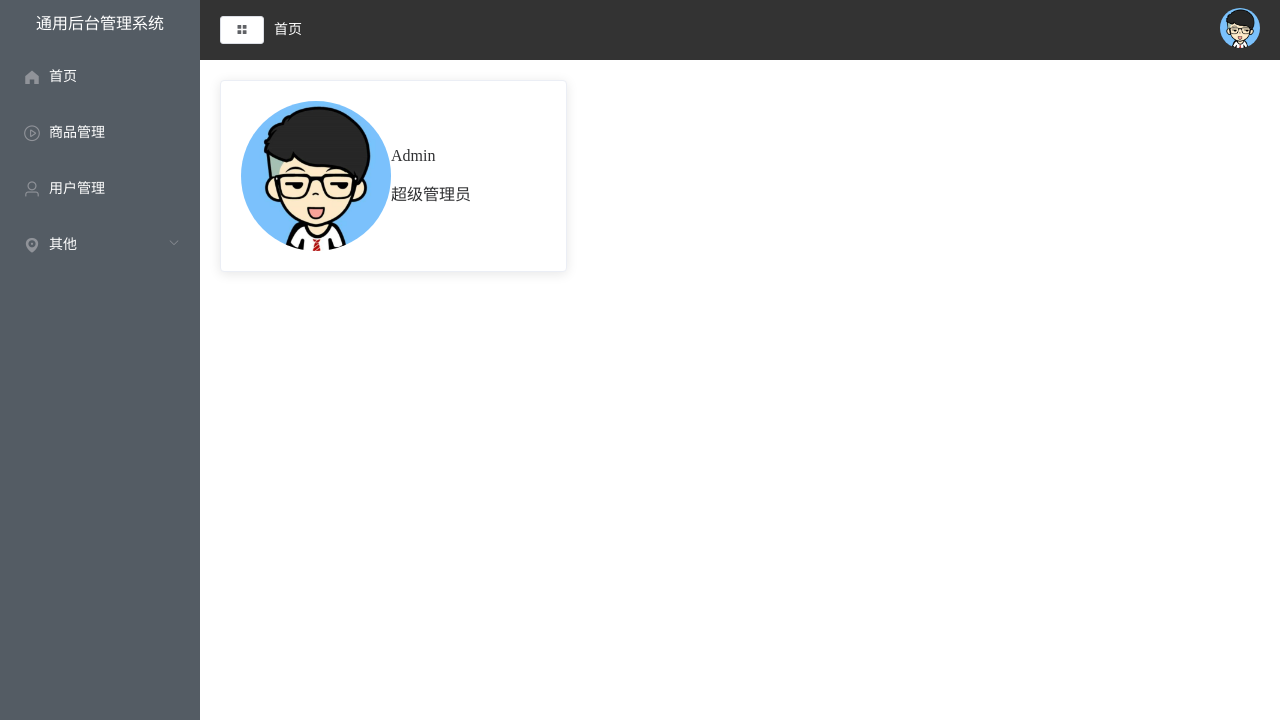
Repository: Francis200214/my-app
Page: /
The author's editor kept a copy of each file at every save. The page is drawn from the files as they stood at one save, then again after the next save.
The browser window is 1280 px wide. The pictures show the whole page.
The project was rebuilt for these pictures with package versions that can differ from the ones it lists, and the page was loaded fresh each time. Also part of the build but not shown: vue.config.js, src/views/User.vue, src/views/Mall.vue, src/views/other/PageOne.vue, src/views/other/PageTwo.vue.

Above is the page before, as saved 2023-05-21 15:35:17.

### src/main.js
import Vue from 'vue'
import App from './App.vue'
import ElementUI from 'element-ui'

// ElementUI 按需引入
// import { Button,Row } from 'element-ui'


import 'element-ui/lib/theme-chalk/index.css'
// Vue-Router
import router from './router'
// Vuex
import store from './store'


Vue.config.productionTip = false

// 全局引入Element UI
Vue.use(ElementUI);


// 按需引入Element UI
// Vue.use(Row);
// Vue.use(Button);


new Vue({
  router,
  store,
  render: h => h(App),
}).$mount('#app')

### src/App.vue
<template>
  <div id="app">
    <router-view></router-view>
  </div>
</template>

<style lang="less">
  html,body,h3 {
    margin: 0;
    padding: 0;
  }
</style>

<script>

export default {
  name: 'App'
}
</script>

### src/router/index.js
import Vue from 'vue'
import VueRouter from 'vue-router'

// 1、引入组件
import Main from '../views/Main.vue'
import Home from '../views/Home.vue'
import User from '../views/User.vue'
import Mall from '../views/Mall.vue'
import PageOne from '../views/other/PageOne.vue'
import PageTwo from '../views/other/PageTwo.vue'

// 引入Vue-Router
Vue.use(VueRouter);

// 2、路由与组件映射
const routes = [
    {
        path: '/',
        component: Main,
        // redirect 表示重定向，当路径是 / 的时候就重定向某个路由
        redirect: '/home',
        children: [
            { path: 'home', component: Home }, // 首页
            { path: 'user', component: User }, // 用户管理
            { path: 'mall', component: Mall }, // 商品管理
            { path: 'page1', component: PageOne }, // 页面一
            { path: 'page2', component: PageTwo }, // 页面二
        ]
    }

]

// 3、创建Router实例
const router = new VueRouter({
    routes // (缩写) 相当于 routes: routes
})

// 4、将 router 暴露
export default router

### src/store/index.js
import Vue from 'vue'
import Vuex from 'vuex'
import tab from './tab'

Vue.use(Vuex)


// 创建 Vuex 的实例
// 对外暴露
export default new Vuex.Store({
    modules: {
        tab
    }
})

### src/views/Main.vue
<template>
    <div>
        <el-container>
            <el-aside width="auto">
                <common-aside />
            </el-aside>
            <el-container>
                <el-header>
                    <common-header />
                </el-header>
                <el-main>
                    <router-view></router-view>
                </el-main>
            </el-container>
        </el-container>
    </div>
</template>
<style lang="less" scoped>
.el-header {
    padding: 0;
}
</style>
<script>
import CommonAside from '../components/CommonAside.vue'
import CommonHeader from '../components/CommonHeader.vue'


export default {
    data() {
        return {}
    },
    components: {
        CommonAside,
        CommonHeader
    }
}
</script>

### src/views/Home.vue
<template>
    <el-row>
        <el-col :span="8">
            <el-card class="box-card">
                <div class="user">
                    <img src="../assets/images/user.png" alt="">
                    <div class="userinfo">
                        <p class="name">Admin</p>
                        <p class="access">超级管理员</p>
                    </div>
                </div>
                <div class="login-info"></div>
            </el-card>
        </el-col>
        <el-col :span="16">
            <div class="grid-content bg-purple-light"></div>
        </el-col>
    </el-row>
</template>
<style lang="less" scoped>
.user {
    display: flex;
    // flex 布局中 主轴垂直居中
    align-items: center;


    img {
        width: 150px;
        height: 150px;
        border-radius: 50%;
        margin-right: ;
    }
}
</style>
<script>
export default {
    data() {
        return {}
    }
}
</script>

### src/store/tab.js
export default {
    state: {
        isCollapse: false // 用于控制菜单的展开或收起
    },
    mutations: {
        // 修改菜单展开或者收起的方法
        collapseMenu(state) {
            state.isCollapse = !state.isCollapse
        }
    }
}

### src/components/CommonAside.vue
<template>
    <div>
        <el-menu default-active="1-4-1" class="el-menu-vertical-demo" @open="handleOpen" @close="handleClose"
            :collapse="isCollapse" background-color="#545c64" text-color="#fff" active-text-color="#ffd04b">

            <h3>{{ isCollapse ? '后台' : '通用后台管理系统' }}</h3>

            <el-menu-item @click="clickMenu(item)" v-for="item in noChildren" :key="item.name" :index="item.name">
                <i :class="`el-icon-${item.icon}`"></i>
                <span slot="title">{{ item.label }}</span>
            </el-menu-item>

            <el-submenu v-for="item in hasChildren" :key="item.label" :index="item.label">
                <template slot="title">
                    <i :class="`el-icon-${item.icon}`"></i>
                    <span slot="title">{{ item.label }}</span>
                </template>
                <el-menu-item-group v-for="subItem in item.children" :key="subItem.path">
                    <el-menu-item @click="clickMenu(subItem)" :index="subItem.path">{{ subItem.label }}</el-menu-item>
                </el-menu-item-group>
            </el-submenu>
        </el-menu>
    </div>
</template>

<style lang="less" scope>
.el-menu-vertical-demo:not(.el-menu--collapse) {
    width: 200px;
    min-height: 400px;
}

.el-menu {
    height: 100vh;
    border-right: none;

    h3 {
        color: #fff;
        text-align: center;
        line-height: 48px;
        font-size: 16px;
        // 字体粗细
        font-weight: 400;
    }
}
</style>

<script>
export default {
    data() {
        return {
            menuData: [
                {
                    path: '/',
                    name: 'home',
                    label: '首页',
                    icon: 's-home',
                    url: 'Home/Home'
                },
                {
                    path: '/mall',
                    name: 'mall',
                    label: '商品管理',
                    icon: 'video-play',
                    url: 'MallManage/MallManage'
                },
                {
                    path: '/user',
                    name: 'user',
                    label: '用户管理',
                    icon: 'user',
                    url: 'UserManage/UserManage'
                },
                {
                    label: '其他',
                    icon: 'location',
                    children: [
                        {
                            path: '/page1',
                            name: 'page1',
                            label: '页面1',
                            icon: 'setting',
                            url: 'Other/PageOne'
                        },
                        {
                            path: '/page2',
                            name: 'page2',
                            label: '页面2',
                            icon: 'setting',
                            url: 'Other/PageTwo'
                        }
                    ]
                }
            ]
        };
    },
    methods: {
        handleOpen(key, keyPath) {
            console.log(key, keyPath);
        },
        handleClose(key, keyPath) {
            console.log(key, keyPath);
        },
        // 点击菜单
        clickMenu(item) {
            console.log(item)
            // 当页面的路由与我要跳转的路由不一致的时候才允许跳转
            if (this.$route.path !== item.path && !(this.$route.path === '/home' && (item.path === '/'))) {
                // 这里的this代表vue实例
                this.$router.push(item.path)
            }
        }
    },
    computed: {
        // 没有子菜单
        noChildren() {
            return this.menuData.filter(item => !item.children)
        },
        // 有子菜单
        hasChildren() {
            return this.menuData.filter(item => item.children)
        },
        isCollapse() {
            return this.$store.state.tab.isCollapse
        }
    }
}
</script>

### src/components/CommonHeader.vue
<template>
    <div class="header-container">
        <div class="l-content">
            <el-button @click="handleMenu" icon="el-icon-menu" size="mini"></el-button>
            <!-- 面包屑 -->
            <span class="text">首页</span>
        </div>
        <div class="r-content">
            <el-dropdown>
                <span class="el-dropdown-link">
                    <img class="user" src="../assets/images/user.png" alt="">
                </span>
                <el-dropdown-menu slot="dropdown">
                    <el-dropdown-item>个人中心</el-dropdown-item>
                    <el-dropdown-item>退出</el-dropdown-item>
                </el-dropdown-menu>
            </el-dropdown>
        </div>
    </div>
</template>
<style lang="less" scoped>
.header-container {
    padding: 0px 20px;
    background-color: #333;
    height: 60px;
    display: flex;
    // 将元素放到元素主轴的两端
    justify-content: space-between;
    align-items: center;

    .text {
        color: #fff;
        font-size: 14px;
        margin-left: 10px;
    }

    .r-content {
        .user {
            width: 40px;
            height: 40px;
            border-radius: 50%;
        }
    }
}
</style>
<script>
export default {
    data() {
        return {}
    },
    methods: {
        handleMenu() {
            this.$store.commit('collapseMenu')
        }
    }
}
</script>

Loaded but not shown: public/index.html (common file)

After the next save:
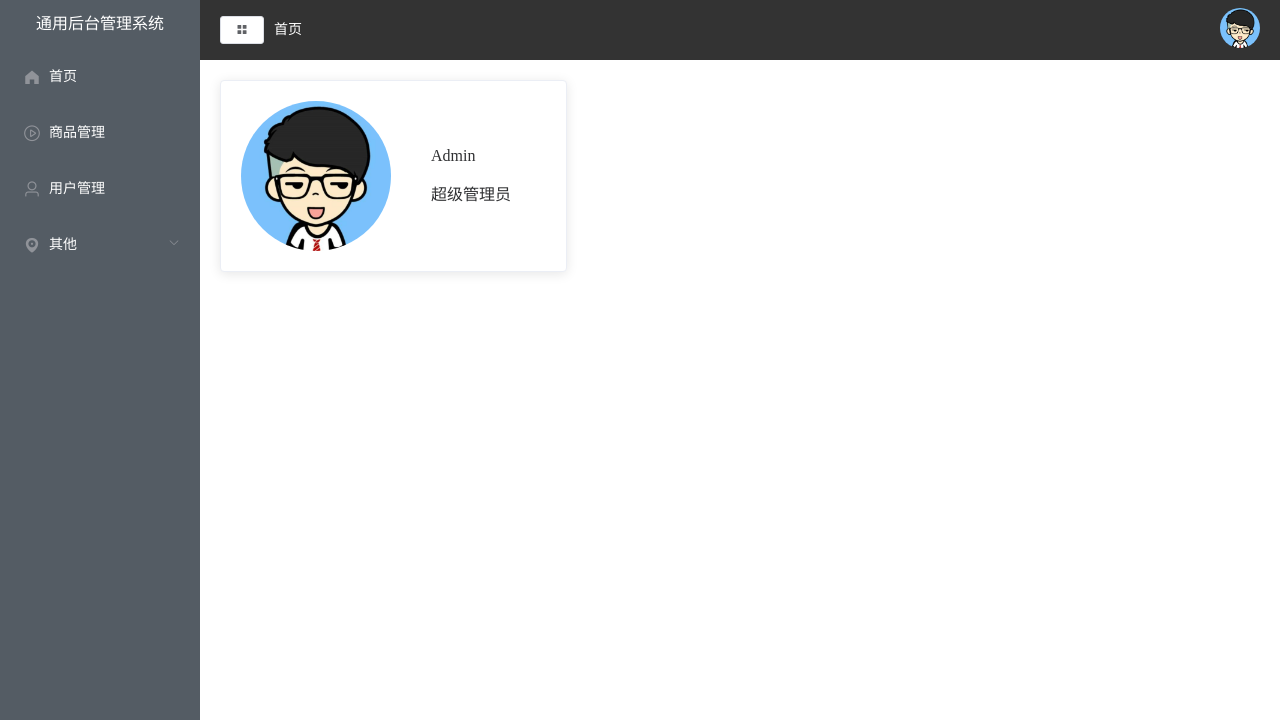
Saved 6 s later.
--- a/src/views/Home.vue
+++ b/src/views/Home.vue
@@ -28,7 +28,7 @@
         width: 150px;
         height: 150px;
         border-radius: 50%;
-        margin-right: ;
+        margin-right: 40px;
     }
 }
 </style>
